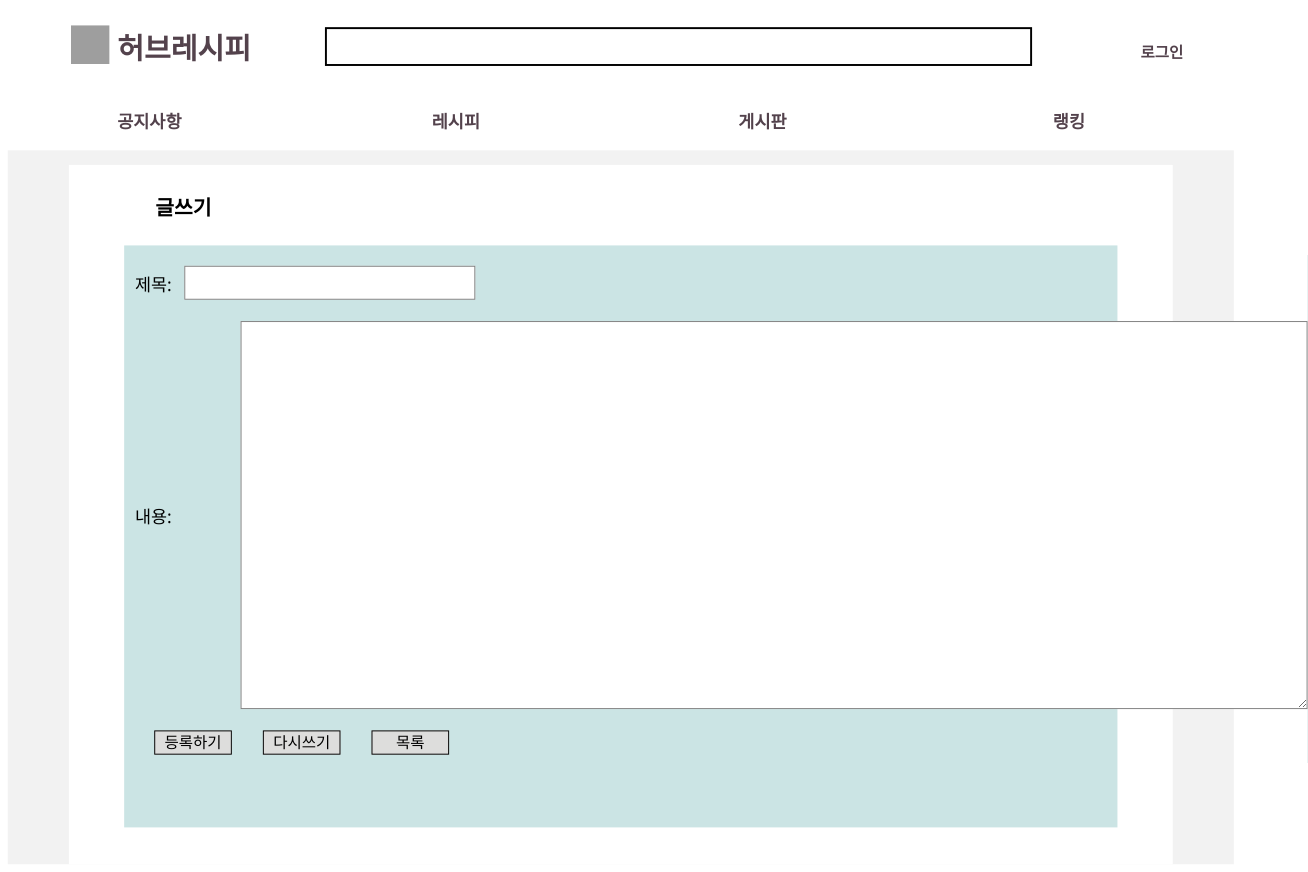
Repository: Shortood/Web_Project
Page: http://localhost/Web_project29/notice-insert.jsp
The author's editor kept a copy of each file at every save. The page is drawn from the files as they stood at one save, then again after a run of saves.
The browser window is 1280 px wide. The page is 1348 px wide, then 1328 px, so the pictures cover 1348 px, including what lies to the right of the window. The pictures show the whole page, at 97% of full size.
Pictures or frames that could not be fetched are drawn as grey boxes. Some web fonts or font styles are not loaded; a fallback is used. The page is served by Tomcat 9.

Above is the page before, as saved 2022-12-10 17:53:18.

### eclipse-workspace/Web_project29/src/main/webapp/notice-insert.jsp
<%@ page language="java" contentType="text/html; charset=utf-8"
	pageEncoding="utf-8"%>
<%@ page import="java.sql.*"%>
<%
request.setCharacterEncoding("utf-8");
%>
<html>
<head>
<title>main page</title>
<link rel="stylesheet" href="board-insert1.css">
</head>
<body>
<jsp:include page="maintools.jsp"></jsp:include>
<div id="wrap">
  <div id="main">
     <div class="contents">
	    <table class="title">
	    <tr>
		<td class="notice">글쓰기</td>
		</tr>
	    </table><br>
		<div class="writing-page">
		<form action="notice-insert-db.jsp" method="post">
			<table cellspacing="20">
				<tr>
					<td>제목:</td>
					<td class="head"><input type="text" name="title"
						pattern=".{1,}" maxlength="40"></td>
				</tr>
				<tr>
					<td>내용:</td>
						<td class="content"><textarea name="content"
						maxlength="500"></textarea></td>
				</tr>
			</table>
			<div class="buttons">
				<table>
					<tr>
						<td><input type="submit" value="등록하기"></td>
						<td><input type="reset" value="다시쓰기"></td>
						<td><input type="button" onclick="location.href='notice-list.jsp'" value="목록"></td>
					</tr>
				</table>
		</form>
	</div>
	</div>
	</div>
	</div>
</body>
</html>

### eclipse-workspace/Web_project29/src/main/webapp/maintools.jsp
<%@ page language="java" contentType="text/html; charset=utf-8"
   pageEncoding="utf-8"%>
<%@ page import="java.sql.*"%>
<%
request.setCharacterEncoding("utf-8");
Cookie[] cookies = request.getCookies();
%>
<html>
<head>
<title>main page</title>
<link rel="stylesheet" href="font.css">
<link rel="stylesheet" href="mainpage.css">
</head>
<body>
<div class="topbutton">
      <table>
         <tr>
            <td class="logo"><a href="mainpage.jsp"><img
                  src="images/mainimage.png" class="mainimage"> 허브레시피</a></td>
            <td class="search_context">
               <form action="main-recipe-search.jsp" method="post">
                  <input type="text" name="search_context">
               </form>
            </td>
            <%
            if (getCookieValue(cookies, "NAME") == null) {
            %>
            <td class="page-btn"><a href="login.jsp">로그인</a></td>
            <%
            } else {
            %>
            <td class="page-btn"><a href="logout.jsp">로그아웃</a></td>
            <%
            }
            %>
            <%
            if (getCookieValue(cookies, "NAME") != null) {
            %>
            <td class="page-btn"><a href="my-info.jsp">마이페이지</a></td>
            <%
            }
            %>
         </tr>
      </table>
   </div>
   <br>
   <div class="topbar">
      <nav>
         <table class="topmenu">
            <tr>
               <th><a href="notice-list.jsp">공지사항</a></th>
               <th><a href="recipepage.jsp">레시피</a></th>
               <th><a href="board-list.jsp">게시판</a></th>
               <th><a href="recipe-ranking.jsp">랭킹</a></th>
            </tr>
         </table>
      </nav>
   </div>
</body>
</html>
<%!private String getCookieValue(Cookie[] cookies, String name) {
      String value = null;
      if (cookies == null)
         return null;
      for (Cookie cookie : cookies) {
         if (cookie.getName().equals(name))
            return cookie.getValue();
      }
      return null;
   }%>

### eclipse-workspace/Web_project29/src/main/webapp/board-insert1.css
@import url('https://fonts.googleapis.com/css?family=Nanum+Gothic:400,700,800');
body {
    font-family: Nanum Gothic,Segoe UI,Helveica,Arial,Malgun Gothic,sans-serif;
 }
#wrap{
    width:100%;
    min-width:450px;
    z-index: 1;
    background-color: #F2F2F2;
    padding-top:10px;
}
#main{
    width:90%;
    min-width:400px;
    z-index: 2;
    background-color: white;
    padding-bottom:3%;
    margin:5px 5% 0 5%;
}
.title{
    height:40px;
    width:100%;
    padding-top:25px;
}
.notice{
    font-size: 21px;
    font-weight: bold;
    text-align:left;
    padding-left:30px;
    width:78%;
}
.contents{
    padding-left: 5%;
    padding-right: 5%;
}
  .writing-page{
    width:100%;
    height:600px;
    background-color:rgb(203, 228, 228);
  }
  .writing-page table{
     font-size:18px;
     width:1200px;
     border-spacing: 10px 20px;
  }
  .head input{
    width:300px;
    height:35px;
    border:1px solid grey;
  }
  textarea{
    width:1100px;
    height:400px;
    border:1px solid grey;
  }
  .buttons input{
    width: 80px;
    height: 25px;
    font-size:16px;
    line-height:20px;
    text-align:center;
    background:  #dddddc;;
    border: solid 1px black;
}
.buttons table{
    border-spacing:30px 0px;
    width:100px;
}

### eclipse-workspace/Web_project29/src/main/webapp/mainpage.css
@import url('https://fonts.googleapis.com/css?family=Nanum+Gothic:400,700,800');
body {
    font-family: Nanum Gothic,Segoe UI,Helveica,Arial,Malgun Gothic,sans-serif;
 }
#wrap{
    width:100%;
    min-width:450px;
    height:auto;
    z-index: 1;
    background-color: #F2F2F2;
    padding-top:10px;
}

#main{
    width:90%;
    min-width:400px;
    z-index: 2;
    background-color: white;
    padding-bottom:3%;
    margin:5px 5% 0 5%;
    height:auto;
}
.content{
    padding-left: 5%;
    padding-right: 5%;
}
 a{
     text-decoration:none;
     color:#53424C;
 }
 a:hover{
     color:#BAA6B2;
 }
 .topbutton{
     width:100%;
     padding-top:15px;
 }

 .search-from{
     background-color: white;
     width: 700px;
     height: 30px;
     vertical-align: middle;
 }

 .input-text{
     width: 600px;
     height: 30px;
     background: none;
     border: 0px;
     resize: none;
     vertical-align: middle;
 }
 .logo {
    font-size: 30px;
    font-weight: bold;
    width: 20%;
    min-width: 260px;
    height:40px;
    box-sizing:border-box;
    text-align:left;
    padding-left:5%;
 }

.logo img{
   width:40px;
   height:40px;
   vertical-align:top;
}

.logo >a{
    min-width: 180px;
    vertical-align:top;
}
form{
    display:inline;
    height:40px;
}

input[name=search_context]{
   width:100%;
   height:40px;
   padding-right:5px;
   padding-left:7px;
   border:2px solid black;
}

.search_context{
    width:50%;
    min-width:100px;
    max-width:300px;
    padding-left: 10px;
    padding-right: 20px;
}

 .page-btn {
    width:5%;
    min-width:120px;
    font-size: 16px;
    font-weight: bold;
    text-align: right;
    padding-top:10px;
    padding-right:50px;
 }

 .topmenu {
    width: 100%;
    height: 45px;
    border-collapse:collapse;
 }
 .topmenu tr{
     border-bottom: 1px solid #BAA6B2;
 }

 .topmenu th {
    width: 20%;
    text-align:center;
    font-size:18px;
    padding-right:25px;
    border-bottom: 3px solid transparent;
 }
 .topmenu a{
 position:relative;
 display: inline-block;
    height: 100%;
    width: 100%;
 }

.topmenu a:after {
    content:"";
    position: absolute;
    left: 50%;
    bottom: 0;
    width: 0;
    height: 4px;
    background-color: #c0c0c0;
    transition: all .5s;
}
.topmenu a:before {
    content:"";
    position: absolute;
    right: 50%;
    bottom: 0;
    width: 0;
    height: 4px;
    background-color: #c0c0c0;
    transition: all .5s;
}
.topmenu a:hover:after {
    width: 50%
}
.topmenu a:hover:before {
    width: 50%
}
.menulist{
	padding-top:1px;
}
.menu{
    width: 5000px;
    height: 40px;
    text-align: center;
    max-width: 100%;
    background-position: center;
    background-size: cover;
    color: black;
    position: absolute;
    z-index: 1;
 }
 .menuname img{
     width:300px;
     height:250px;
     padding-left:1px;
 }
 .ad_1 {
    color: black;
    font-size: 35px;
    font-weight: bold;
    text-align:center;
    width:100%;
 }

 .foods td {
    text-align: center;
    font-size: 20px;
    letter-spacing: 1px;
    border-spacing: 100px;
 }

 .foods {
    width: 100%;
 }

 .food {
    width: 270px;
    height: 200px;
 }
 .menuname a{
     font-size:20px;
     color:black;
 }
 .topbar{
 padding-top:15px;
 }

After the next 2 saves:
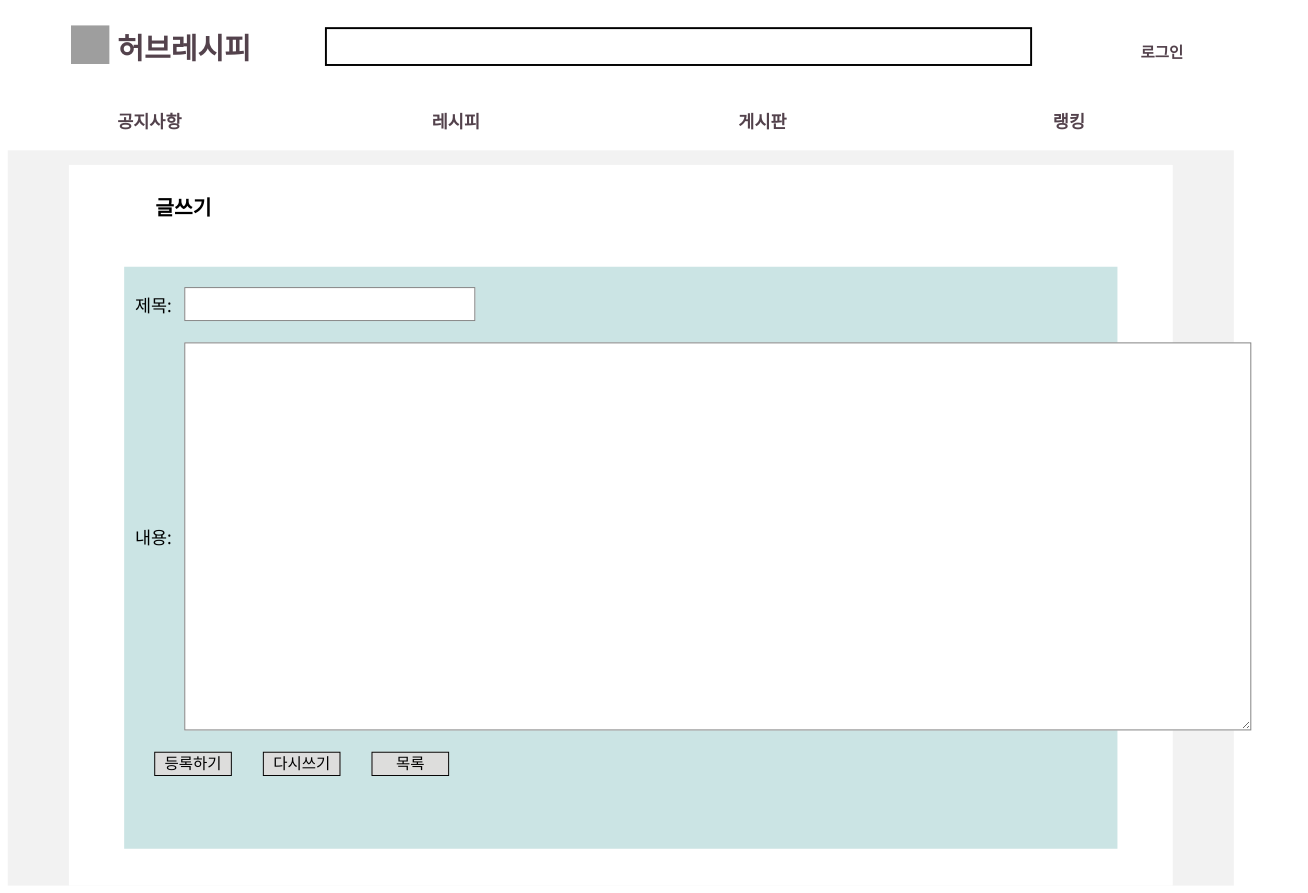
The 2 saves are shown as one change because they came seconds apart.
The last was saved 11 s later.
--- a/eclipse-workspace/Web_project29/src/main/webapp/notice-insert.jsp
+++ b/eclipse-workspace/Web_project29/src/main/webapp/notice-insert.jsp
@@ -10,41 +10,43 @@ request.setCharacterEncoding("utf-8");
 <link rel="stylesheet" href="board-insert1.css">
 </head>
 <body>
-<jsp:include page="maintools.jsp"></jsp:include>
-<div id="wrap">
-  <div id="main">
-     <div class="contents">
-	    <table class="title">
-	    <tr>
-		<td class="notice">글쓰기</td>
-		</tr>
-	    </table><br>
-		<div class="writing-page">
-		<form action="notice-insert-db.jsp" method="post">
-			<table cellspacing="20">
-				<tr>
-					<td>제목:</td>
-					<td class="head"><input type="text" name="title"
-						pattern=".{1,}" maxlength="40"></td>
-				</tr>
-				<tr>
-					<td>내용:</td>
-						<td class="content"><textarea name="content"
-						maxlength="500"></textarea></td>
-				</tr>
-			</table>
-			<div class="buttons">
-				<table>
+	<jsp:include page="maintools.jsp"></jsp:include>
+	<div id="wrap">
+		<div id="main">
+			<div class="contents">
+				<table class="title">
 					<tr>
-						<td><input type="submit" value="등록하기"></td>
-						<td><input type="reset" value="다시쓰기"></td>
-						<td><input type="button" onclick="location.href='notice-list.jsp'" value="목록"></td>
+						<td class="notice">글쓰기</td>
 					</tr>
 				</table>
-		</form>
-	</div>
-	</div>
-	</div>
+				<br>
+				<br>
+				<div class="writing-page">
+					<form action="notice-insert-db.jsp" method="post">
+						<table cellspacing="20">
+							<tr>
+								<td>제목:</td>
+								<td class="head"><input type="text" name="title"
+									pattern=".{1,}" maxlength="40"></td>
+							</tr>
+							<tr>
+								<td>내용:</td>
+								<td class="story"><textarea name="content" maxlength="500"></textarea></td>
+							</tr>
+						</table>
+						<div class="buttons">
+							<table>
+								<tr>
+									<td><input type="submit" value="등록하기"></td>
+									<td><input type="reset" value="다시쓰기"></td>
+									<td><input type="button"
+										onclick="location.href='notice-list.jsp'" value="목록"></td>
+								</tr>
+							</table>
+					</form>
+				</div>
+			</div>
+		</div>
 	</div>
 </body>
 </html>
